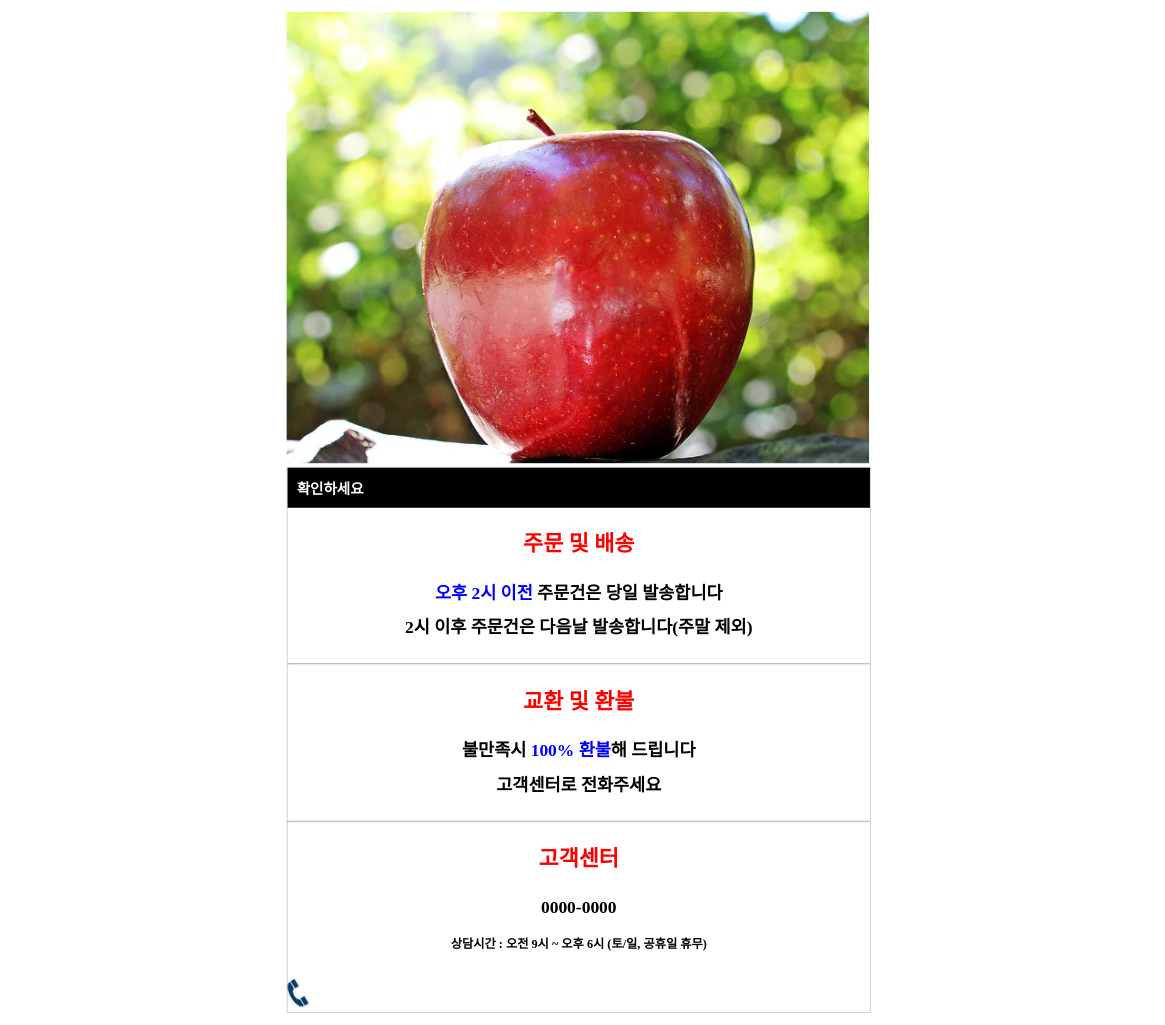
Repository: woosungtae/html_css
Page: pro01/public/apple.html
These files come from the project's save history. The page is drawn as it stood at one moment and after the next save; the edit follows.
The browser window is 1280 px wide. The pictures show the whole page, at 91% of full size.

Above is the page before, as saved 2022-12-12 07:12:56.

After the next save:
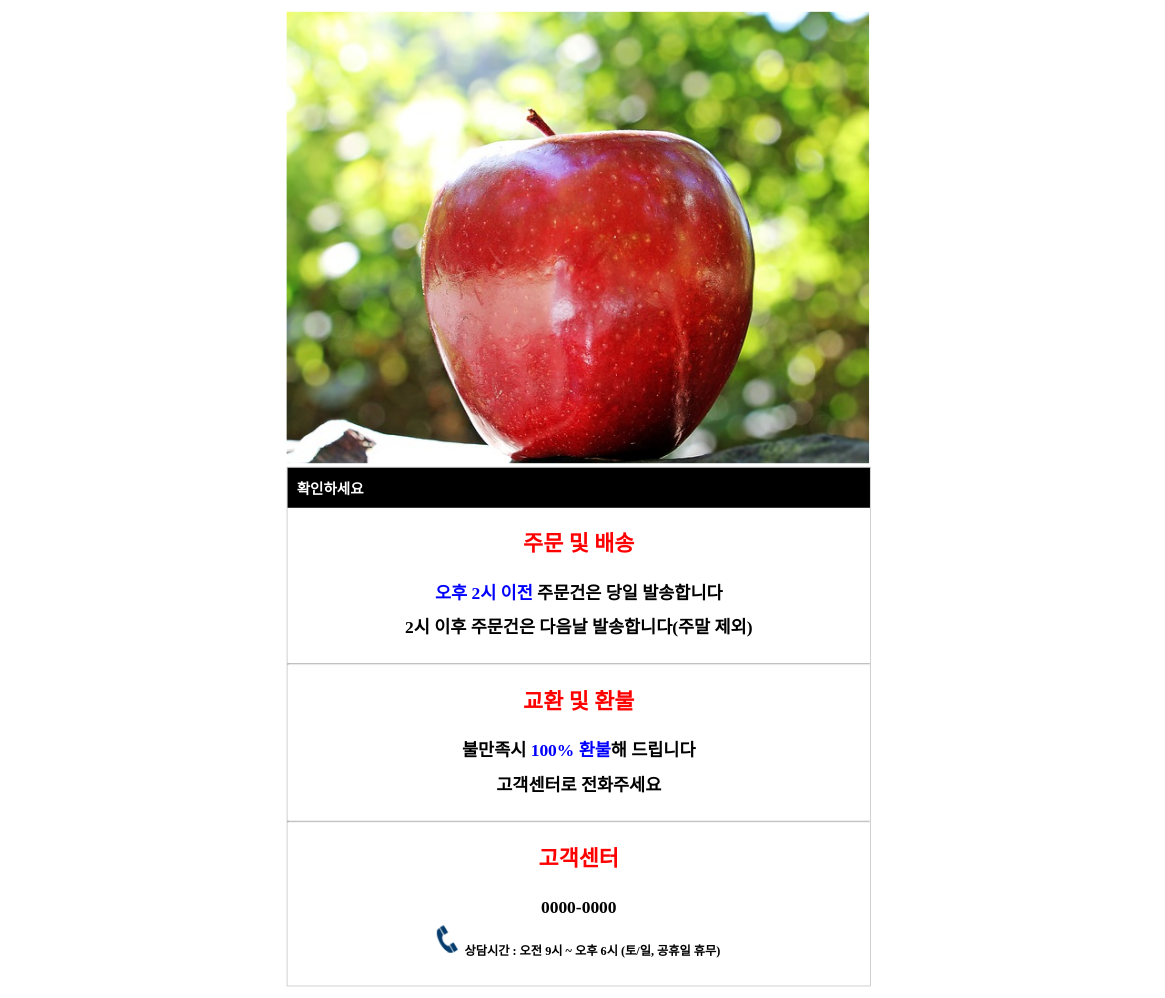
Saved 6 min 48 s later.
--- a/pro01/public/apple.html
+++ b/pro01/public/apple.html
@@ -54,8 +54,8 @@
 	<hr>
 	<h2>고객센터 </h2>
 	<p>0000-0000<br>
-	<span class="small-line">상담시간 : 오전 9시 ~ 오후 6시 (토/일, 공휴일 휴무)</span></p>
-	<img src="images/call.png">
+	<span class="small-line"><img src="images/call.png">상담시간 : 오전 9시 ~ 오후 6시 (토/일, 공휴일 휴무)</span></p>
+
 	</div>
 	</div>
 </body>
